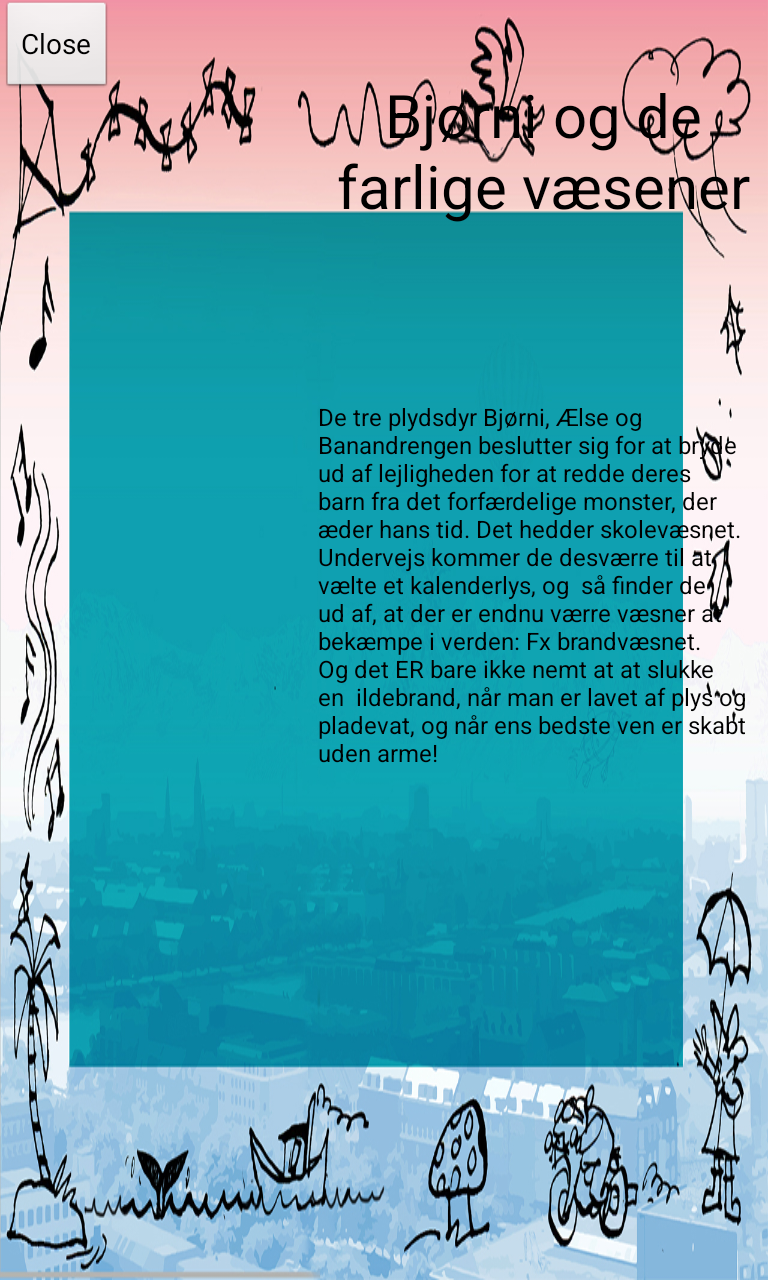
Repository: DreadMuffin/work
Layout: tablets/Historie/res/layout/popup3.xml
These files come from the project's save history. The layout is drawn as it stood at one moment and after the next save; the edit follows.
It is drawn on a 768 x 1280 px phone screen (xhdpi) without system bars, with theme android:Theme.NoTitleBar; the app's code is not run.

Above is the layout before, as saved 2015-02-26 04:44:42.

### tablets/Historie/res/layout/popup3.xml
<RelativeLayout xmlns:android="http://schemas.android.com/apk/res/android"
    xmlns:tools="http://schemas.android.com/tools"
    android:id="@+id/popup_element3"
    android:layout_width="match_parent"
    android:layout_height="match_parent"
    android:background="@drawable/popupwp"
    tools:context=".Historie" >

    <Button
        android:id="@+id/btn_close_popup"
        android:layout_width="wrap_content"
        android:layout_height="wrap_content"
        android:layout_gravity="center"
        android:text="Close" />

    <TextView
        android:layout_width="500dp"
        android:layout_height="75dp"
        android:layout_above="@+id/txt"
        android:layout_alignLeft="@+id/txt"
        android:layout_marginBottom="88dp"
        android:gravity="center"
        android:text="Bjørni og de farlige væsener i den virkelige verden"
        android:textColor="#000000"
        android:textSize="30sp" />

    <TextView
        android:id="@+id/txt"
        android:layout_width="500dp"
        android:layout_height="300dp"
        android:layout_alignParentBottom="true"
        android:layout_marginBottom="140dp"
        android:layout_marginLeft="102dp"
        android:layout_toRightOf="@+id/btn_close_popup"
        android:text="De tre plydsdyr Bjørni, Ælse og Banandrengen beslutter sig for at bryde ud af lejligheden for at redde deres barn fra det
forfærdelige monster, der æder hans tid. Det hedder skolevæsnet. Undervejs kommer de desværre til at vælte et kalenderlys, og
så finder de ud af, at der er endnu værre væsner at bekæmpe i verden: Fx brandvæsnet. Og det ER bare ikke nemt at at slukke en
ildebrand, når man er lavet af plys og pladevat, og når ens bedste ven er skabt uden arme!"
        android:textColor="#000000"
        android:textSize="12sp" />

</RelativeLayout>

After the next save:
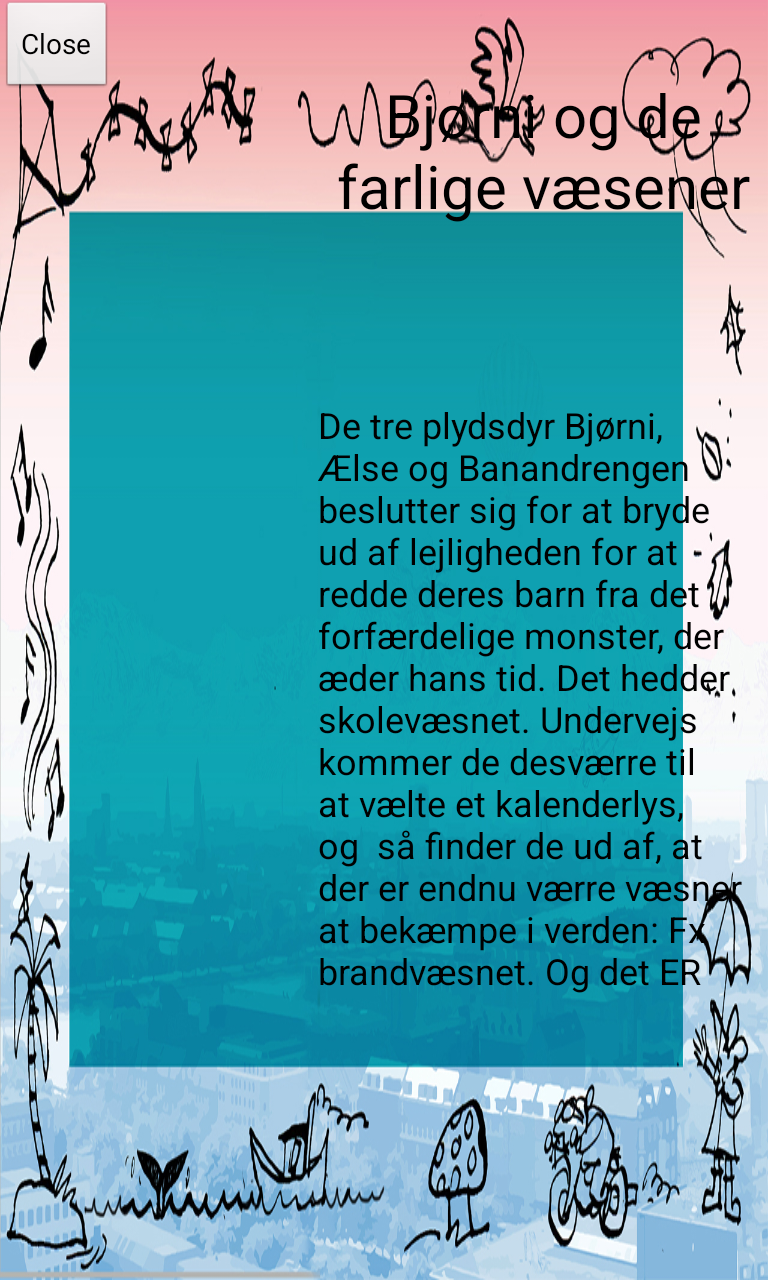
Saved 35 s later.
--- a/tablets/Historie/res/layout/popup3.xml
+++ b/tablets/Historie/res/layout/popup3.xml
@@ -37,6 +37,6 @@
 så finder de ud af, at der er endnu værre væsner at bekæmpe i verden: Fx brandvæsnet. Og det ER bare ikke nemt at at slukke en
 ildebrand, når man er lavet af plys og pladevat, og når ens bedste ven er skabt uden arme!"
         android:textColor="#000000"
-        android:textSize="12sp" />
+        android:textSize="18sp" />
 
 </RelativeLayout>
